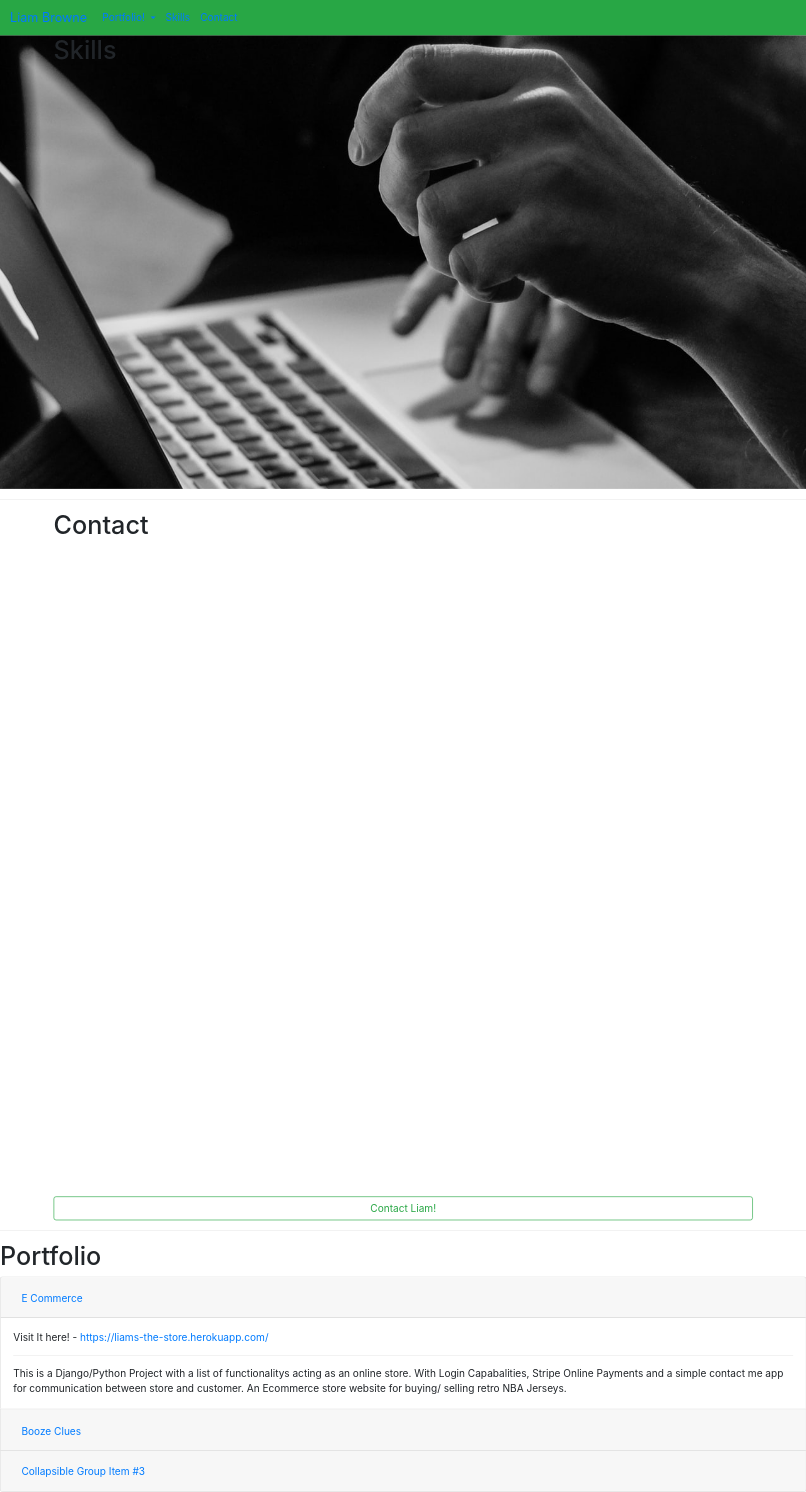
Repository: LiamB123/LiamBrowne.com.github.io
Page: index.html
The author's editor kept a record of every edit. The page is drawn from the files as they stood at one moment, then again after the next edit.
The browser window is 1280 px wide. The pictures show the whole page, at 63% of full size.

Above is the page before.

After the next edit:
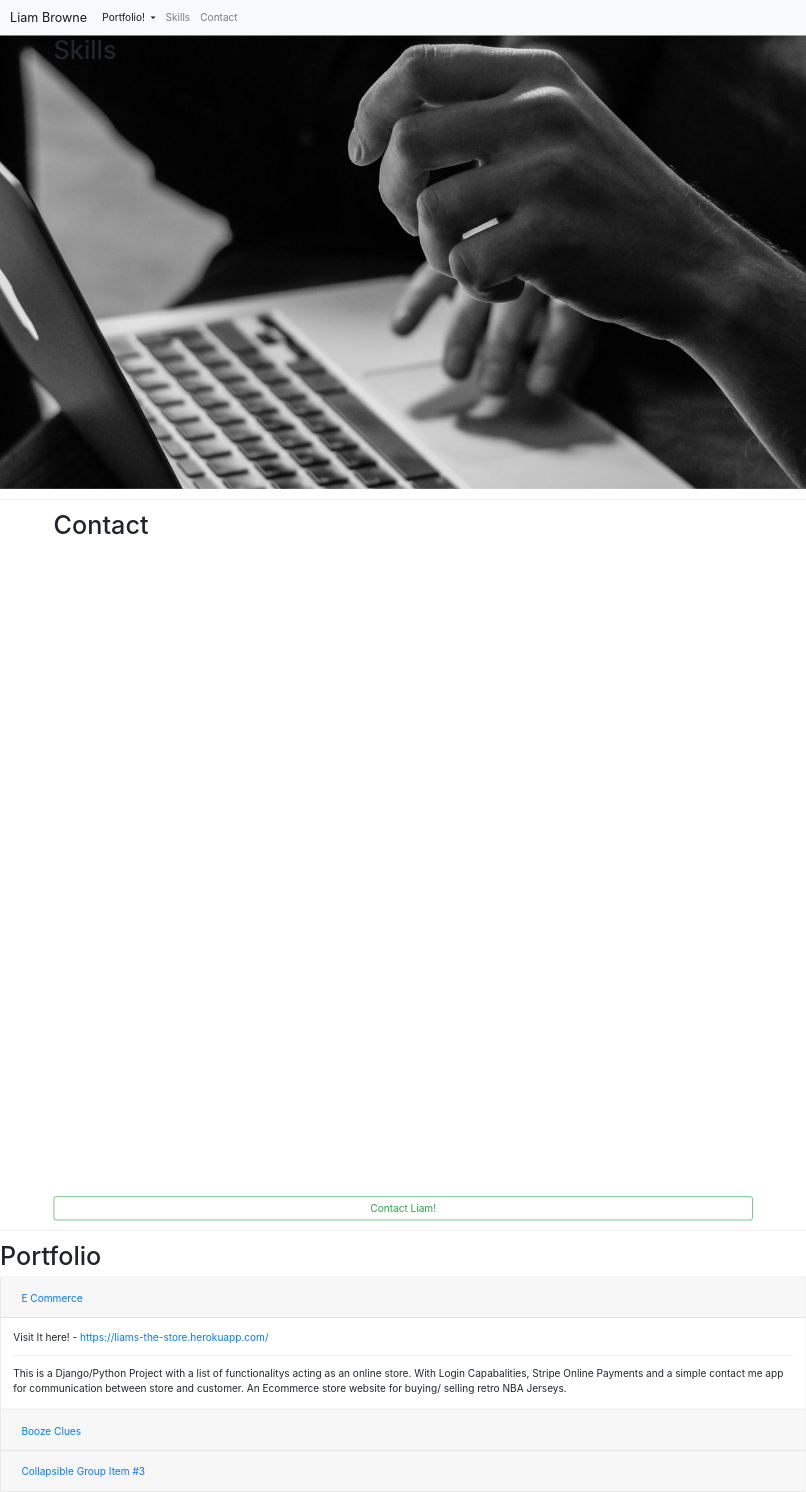
The edit:
--- a/index.html
+++ b/index.html
@@ -25,7 +25,7 @@
 <body>
 
 
-  <nav class="navbar navbar-expand-lg navbar-success bg-success">
+  <nav class="navbar navbar-expand-lg navbar-light bg-light">
     <a class="navbar-brand" href="#">Liam Browne </a>
     <button class="navbar-toggler" type="button" data-toggle="collapse" data-target="#navbarSupportedContent" aria-controls="navbarSupportedContent" aria-expanded="false" aria-label="Toggle navigation">
     <span class="navbar-toggler-icon"></span>
